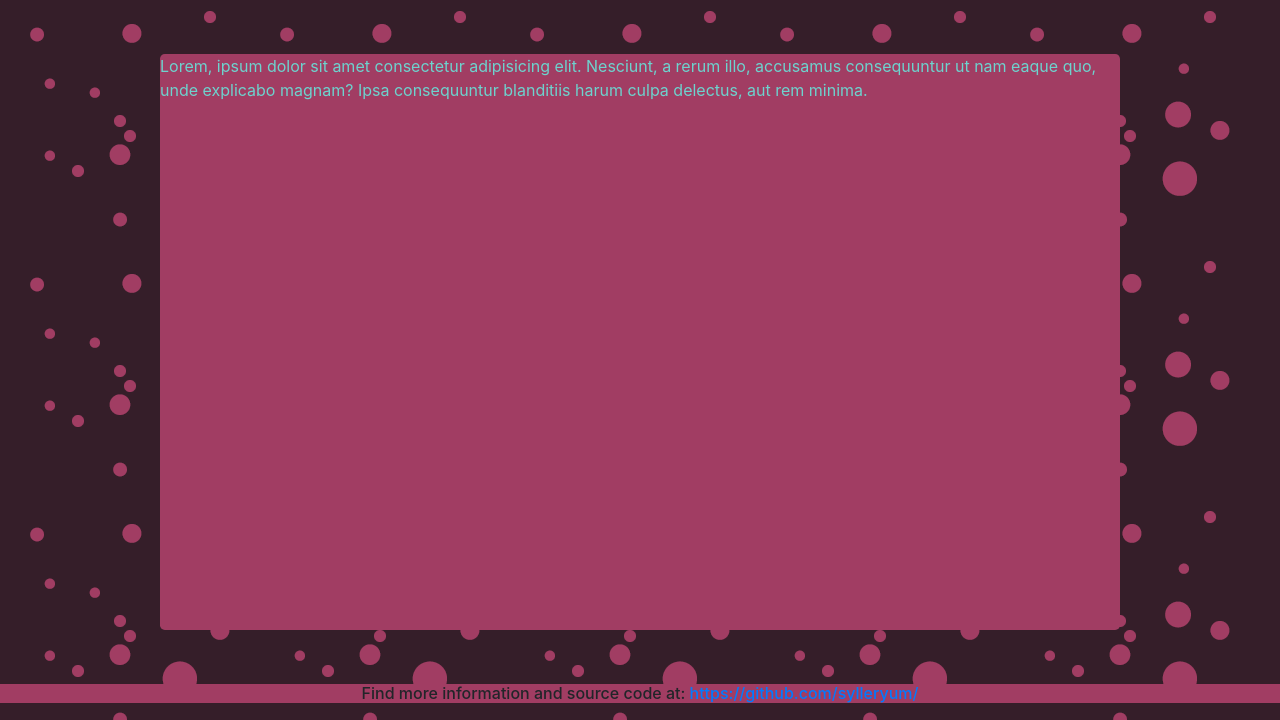
Repository: sylleryum/Frontend
Page: GetTopTracks/index.html
These files come from the project's save history. The page is drawn as it stood at one moment and after the next save; the edit follows.
The browser window is 1280 px wide. The pictures show the whole page.

Above is the page before, as saved 2019-10-13 14:57:15.

### GetTopTracks/index.html
<!doctype html>
<html lang="en">

<head>
     <title>Get top tracks from Artists and albums</title>
     <!-- Required meta tags -->
     <meta charset="utf-8">
     <meta name="viewport" content="width=device-width, initial-scale=1, shrink-to-fit=no">

     <!-- Bootstrap CSS -->
     <link rel="stylesheet" href="https://stackpath.bootstrapcdn.com/bootstrap/4.3.1/css/bootstrap.min.css"
          integrity="sha384-ggOyR0iXCbMQv3Xipma34MD+dH/1fQ784/j6cY/iJTQUOhcWr7x9JvoRxT2MZw1T" crossorigin="anonymous">

     <!-- main CSS-->
     <link rel="stylesheet" href="style.css">

</head>

<body class="background-master">
     <section class="w-100">
          <div class="container-fluid h-95">
               <div class="row align-items-center justify-content-center h-95">
                    <div class="h-80 w-75 bg-4 text-1 rounded-lg" id="internal-container">Lorem, ipsum dolor sit amet
                         consectetur adipisicing elit. Nesciunt, a rerum illo, accusamus consequuntur ut nam eaque quo,
                         unde explicabo magnam? Ipsa consequuntur blanditiis harum culpa delectus, aut rem minima.</div>

               </div>

          </div>
          <footer class="text-center m-0 m-0 p-0 bg-4">
               <h6 class="p-0 m-0 text-w">Find more information and source code at: <a
                         href="https://github.com/sylleryum/"> https://github.com/sylleryum/</a></h6>

          </footer>
     </section>






     <!-- Optional JavaScript -->
     <!-- jQuery first, then Popper.js, then Bootstrap JS -->
     <script src="https://code.jquery.com/jquery-3.3.1.slim.min.js"
          integrity="sha384-q8i/X+965DzO0rT7abK41JStQIAqVgRVzpbzo5smXKp4YfRvH+8abtTE1Pi6jizo"
          crossorigin="anonymous"></script>
     <script src="https://cdnjs.cloudflare.com/ajax/libs/popper.js/1.14.7/umd/popper.min.js"
          integrity="sha384-UO2eT0CpHqdSJQ6hJty5KVphtPhzWj9WO1clHTMGa3JDZwrnQq4sF86dIHNDz0W1"
          crossorigin="anonymous"></script>
     <script src="https://stackpath.bootstrapcdn.com/bootstrap/4.3.1/js/bootstrap.min.js"
          integrity="sha384-JjSmVgyd0p3pXB1rRibZUAYoIIy6OrQ6VrjIEaFf/nJGzIxFDsf4x0xIM+B07jRM"
          crossorigin="anonymous"></script>
</body>

</html>

### GetTopTracks/style.css
.background-master{
     background: url(images/bb.png) repeat;
}

.h-100{
     min-height: 100vh;
 }

 .h-95{
     min-height: 95vh;
 }
.h-80{
     min-height: 80vh;
 }

 .bg-1{background: #6dd3ce!important}
 .bg-2{background: #c8e9a0!important}
 .bg-3{background: #f7a278!important}
 .bg-4{background: #a13d63!important}
 .bg-5{background: #351e29!important}

.text-1{color: #6dd3ce!important}
.text-2{color: #c8e9a0!important}
.text-3{color: #f7a278!important}
.text-4{color: #a13d63!important}
.text-5{color: #351e29!important}

After the next save:
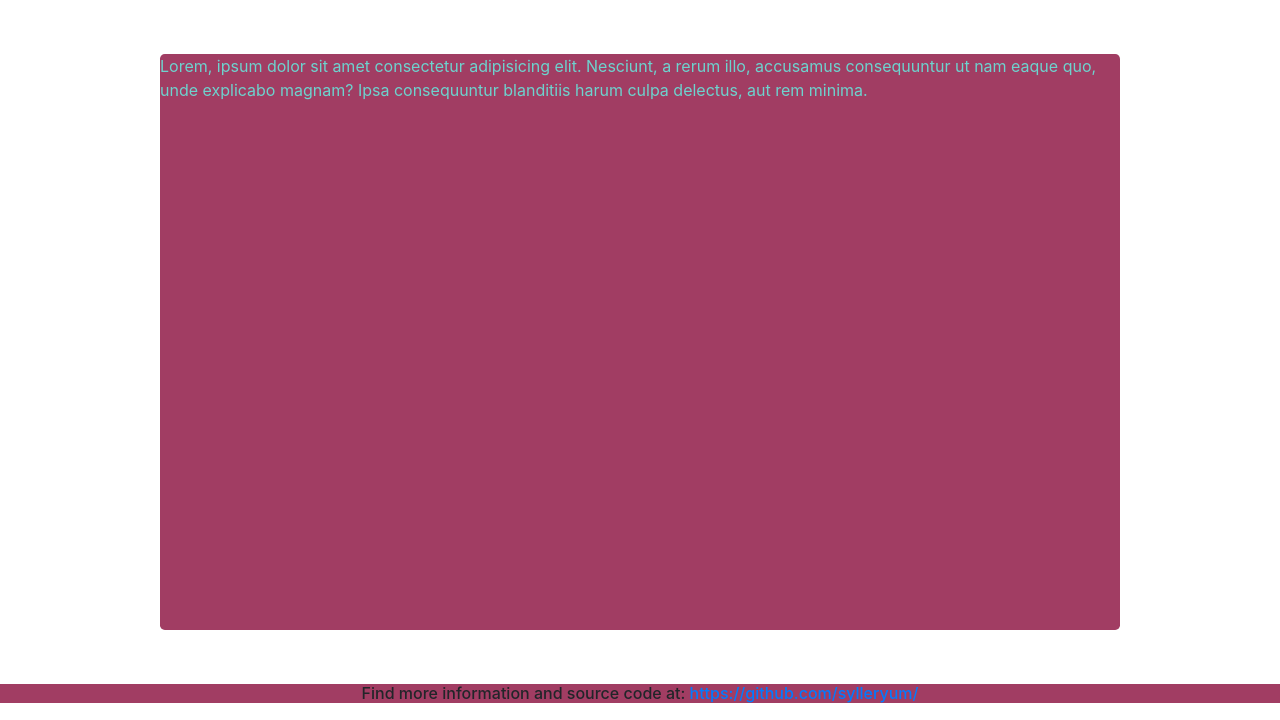
Saved 2 min 24 s later.
--- a/GetTopTracks/index.html
+++ b/GetTopTracks/index.html
@@ -16,7 +16,7 @@
 
 </head>
 
-<body class="background-master">
+<body>
      <section class="w-100">
           <div class="container-fluid h-95">
                <div class="row align-items-center justify-content-center h-95">

After the save that followed:
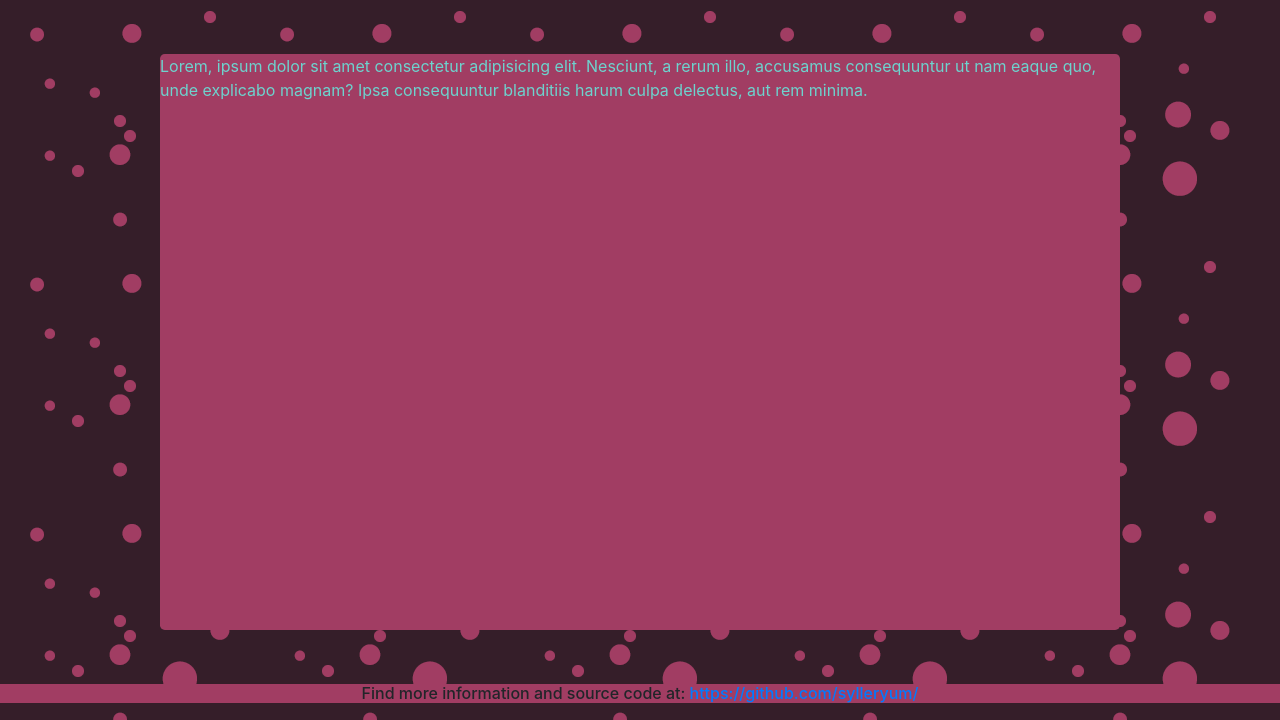
Saved 8 s later.
--- a/GetTopTracks/index.html
+++ b/GetTopTracks/index.html
@@ -16,7 +16,7 @@
 
 </head>
 
-<body>
+<body class="background-master">
      <section class="w-100">
           <div class="container-fluid h-95">
                <div class="row align-items-center justify-content-center h-95">
